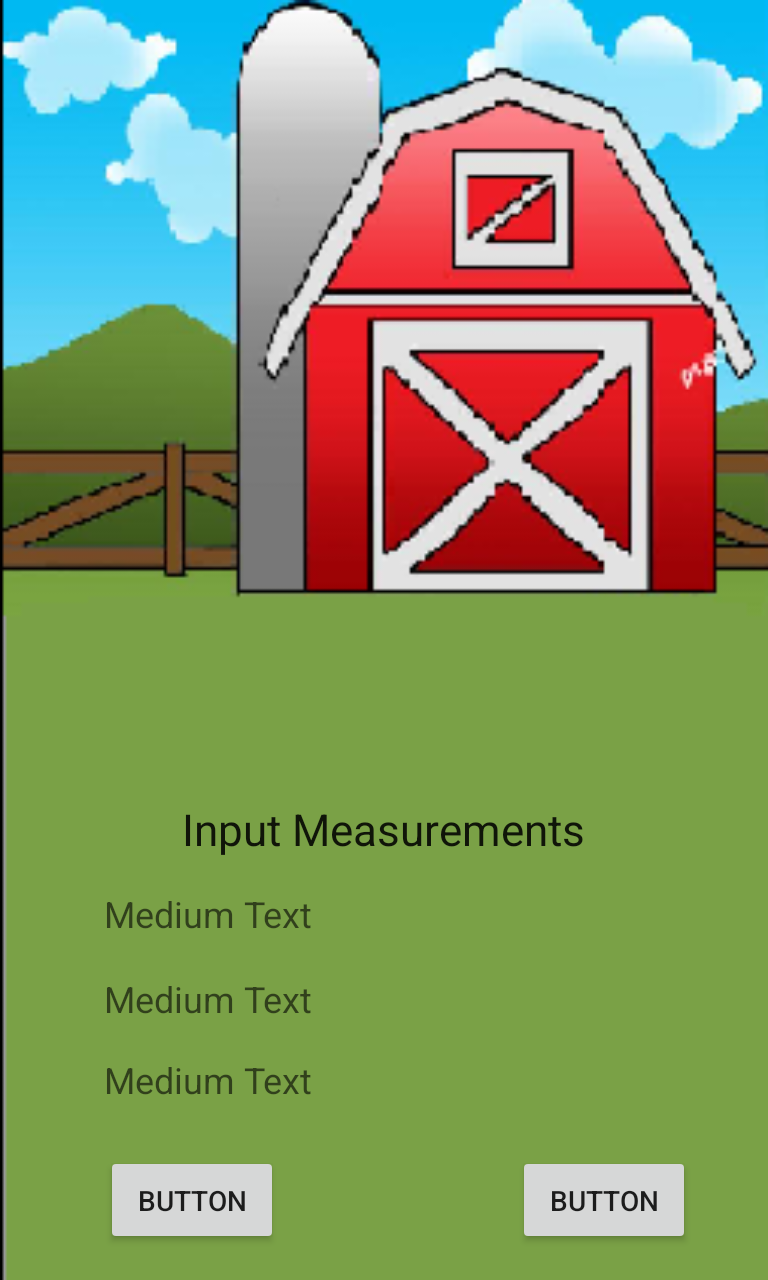
Repository: jdmielke/AnimalApp
Layout: AWEA/res/layout/measurements.xml
The author's editor kept a copy of each file at every save. The layout is drawn from the files as they stood at one save, then again after the next save.
It is drawn on a 768 x 1280 px phone screen (xhdpi) without system bars, with theme AppTheme; the app's code is not run.

Above is the layout before, as saved 2014-10-15 23:58:59.

### AWEA/res/layout/measurements.xml
<?xml version="1.0" encoding="utf-8"?>
<RelativeLayout xmlns:android="http://schemas.android.com/apk/res/android"
    xmlns:tools="http://schemas.android.com/tools"
    android:layout_width="match_parent"
    android:layout_height="match_parent"
    android:paddingBottom="@dimen/activity_vertical_margin"
    android:paddingLeft="@dimen/activity_horizontal_margin"
    android:paddingRight="@dimen/activity_horizontal_margin"
    android:paddingTop="@dimen/activity_vertical_margin"
    tools:context="com.example.awea.MainActivity"
    android:background="@drawable/app_background">

    <TextView
        android:id="@+id/textView1"
        android:layout_width="wrap_content"
        android:layout_height="wrap_content"
        android:layout_alignParentBottom="true"
        android:layout_centerHorizontal="true"
        android:layout_marginBottom="195dp"
        android:text="Input Measurements"
        android:textAppearance="?android:attr/textAppearanceLarge" />

    <TextView
        android:id="@+id/textView2"
        android:layout_width="wrap_content"
        android:layout_height="wrap_content"
        android:layout_alignParentLeft="true"
        android:layout_alignTop="@+id/textView1"
        android:layout_marginLeft="36dp"
        android:layout_marginTop="45dp"
        android:text="Medium Text"
        android:textAppearance="?android:attr/textAppearanceMedium" />

    <TextView
        android:id="@+id/textView3"
        android:layout_width="wrap_content"
        android:layout_height="wrap_content"
        android:layout_alignRight="@+id/textView2"
        android:layout_below="@+id/textView2"
        android:layout_marginTop="18dp"
        android:text="Medium Text"
        android:textAppearance="?android:attr/textAppearanceMedium" />

    <TextView
        android:id="@+id/textView4"
        android:layout_width="wrap_content"
        android:layout_height="wrap_content"
        android:layout_alignRight="@+id/textView3"
        android:layout_below="@+id/textView3"
        android:layout_marginTop="16dp"
        android:text="Medium Text"
        android:textAppearance="?android:attr/textAppearanceMedium" />

    <Button
        android:id="@+id/button1"
        android:layout_width="wrap_content"
        android:layout_height="wrap_content"
        android:layout_alignParentBottom="true"
        android:layout_alignParentRight="true"
        android:layout_marginRight="22dp"
        android:text="Button" />

    <Button
        android:id="@+id/button2"
        android:layout_width="wrap_content"
        android:layout_height="wrap_content"
        android:layout_alignBaseline="@+id/button1"
        android:layout_alignBottom="@+id/button1"
        android:layout_alignParentLeft="true"
        android:layout_marginLeft="36dp"
        android:text="Button" />

</RelativeLayout>

Loaded but not shown: AWEA/res/values/styles.xml (common file); AWEA/res/values-v11/styles.xml (common file); AWEA/res/values-v14/styles.xml (common file); AWEA/res/values/dimens.xml (common file); AWEA/res/values-w820dp/dimens.xml (common file)

After the next save:
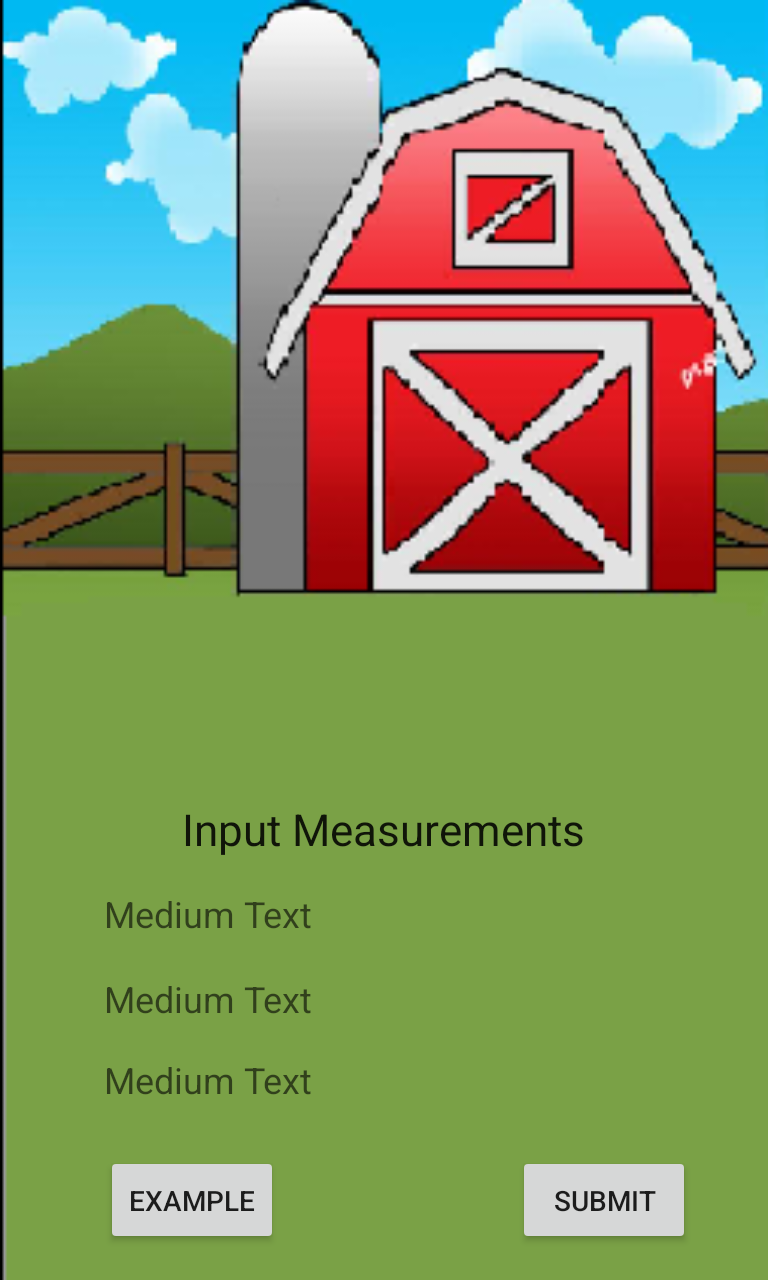
Saved 68 s later.
--- a/AWEA/res/layout/measurements.xml
+++ b/AWEA/res/layout/measurements.xml
@@ -58,7 +58,7 @@
         android:layout_alignParentBottom="true"
         android:layout_alignParentRight="true"
         android:layout_marginRight="22dp"
-        android:text="Button" />
+        android:text="Submit" />
 
     <Button
         android:id="@+id/button2"
@@ -68,6 +68,6 @@
         android:layout_alignBottom="@+id/button1"
         android:layout_alignParentLeft="true"
         android:layout_marginLeft="36dp"
-        android:text="Button" />
+        android:text="Example" />
 
 </RelativeLayout>
